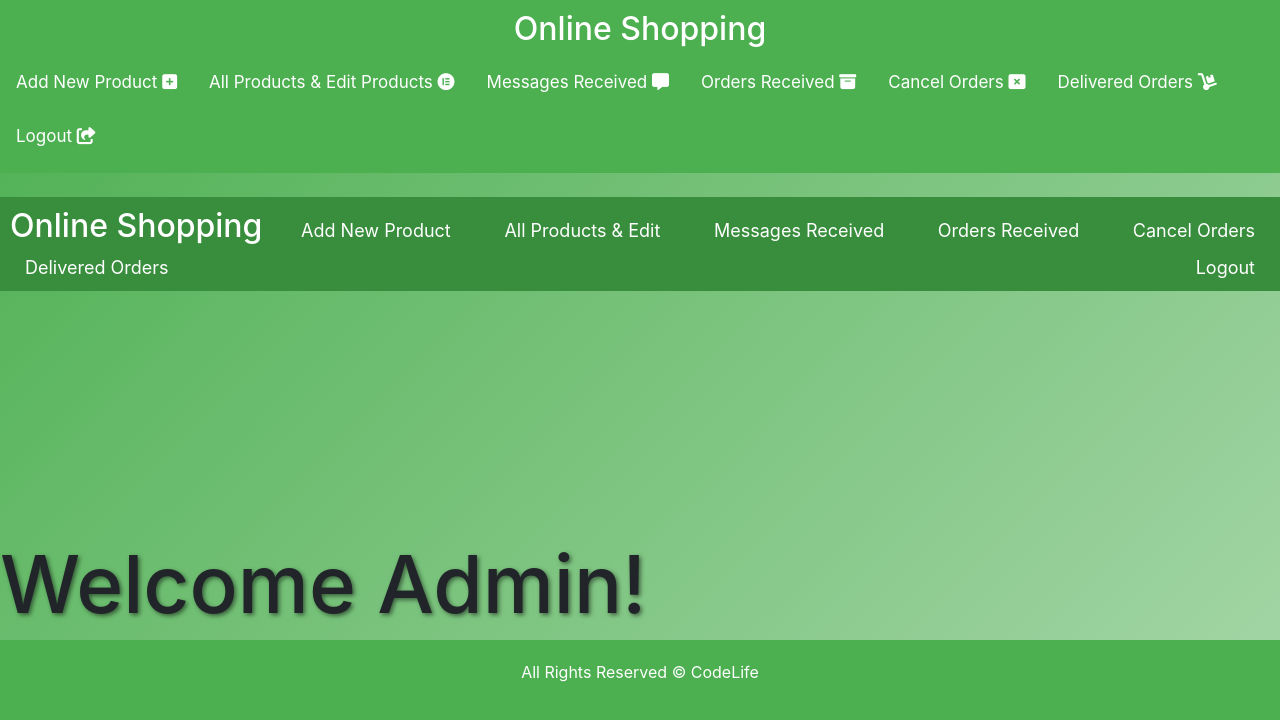
Repository: Dineshbabu290904/DigiMart
Page: http://localhost/DigiMart/admin/adminHome.jsp
These files come from the project's save history. The page is drawn as it stood at one moment and after the next save; the edit follows.
The browser window is 1280 px wide. The pictures show the whole page.
Some web libraries are served in a nearby version. The page is served by Tomcat 9.

Above is the page before, as saved 2024-10-16 15:53:05.

After the next save:
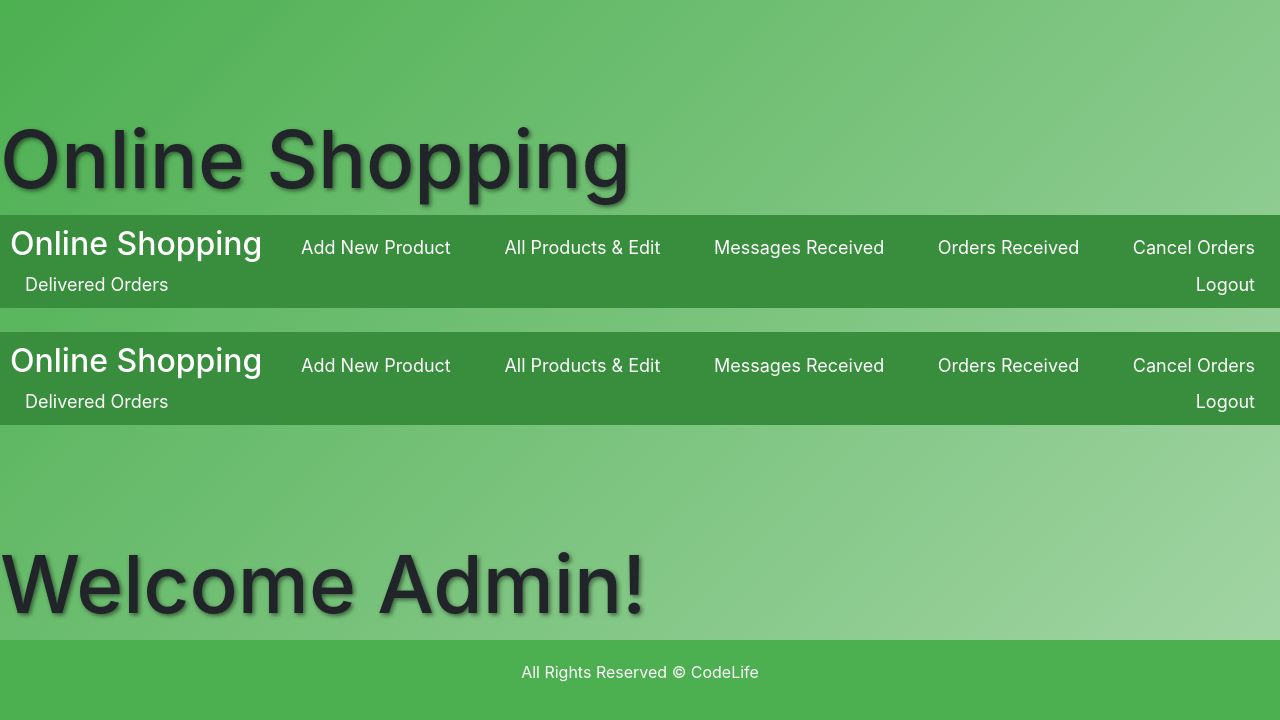
Saved 58 s later.
--- a/DigiMart/src/main/webapp/admin/adminHeader.jsp
+++ b/DigiMart/src/main/webapp/admin/adminHeader.jsp
@@ -34,18 +34,17 @@
     </style>
 </head>
 <body>
-
-    <!-- Header -->
-    <div class="topnav sticky">
-        <center><h2>Online Shopping</h2></center>
-        <a href="addNewProduct.jsp">Add New Product <i class='fas fa-plus-square'></i></a>
-        <a href="allProductEditProduct.jsp">All Products & Edit Products <i class='fab fa-elementor'></i></a>
-        <a href="#">Messages Received <i class='fas fa-comment-alt'></i></a>
-        <a href="#">Orders Received <i class="fas fa-archive"></i></a>
-        <a href="#">Cancel Orders <i class='fas fa-window-close'></i></a>
-        <a href="#">Delivered Orders <i class='fas fa-dolly'></i></a>
-        <a href="../logout.jsp">Logout <i class='fas fa-share-square'></i></a>
-    </div>
+	<h1>Online Shopping</h1>
+     <nav class="navbar">
+        <h2>Online Shopping</h2>
+        <a href="addNewProduct.jsp">Add New Product</a>
+        <a href="allProductEditProduct.jsp">All Products & Edit</a>
+        <a href="#">Messages Received</a>
+        <a href="#">Orders Received</a>
+        <a href="#">Cancel Orders</a>
+        <a href="#">Delivered Orders</a>
+        <a href="../logout.jsp">Logout</a>
+    </nav>
 
     <br>
 
